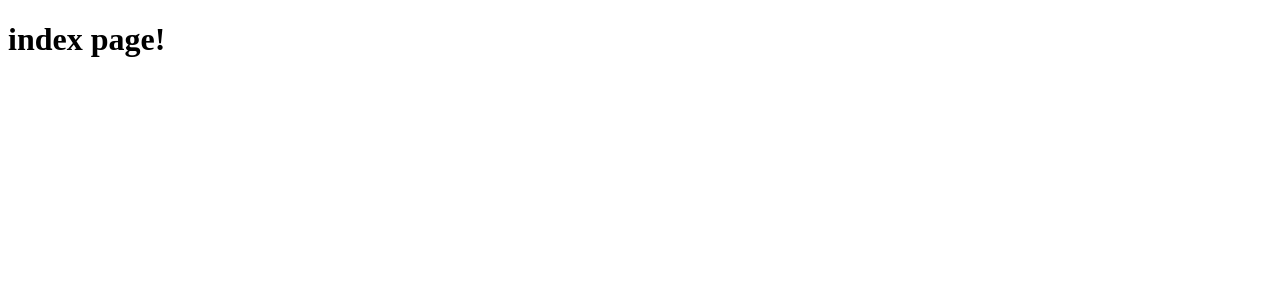
Repository: Kimsj112/servlet_study
Page: http://localhost/day02/
These files come from the project's save history. The page is drawn as it stood at one moment and after the next save; the edit follows.
The browser window is 1280 px wide. The pictures show the whole page.
The page is served by Tomcat 9.

Above is the page before, as saved 2024-03-27 00:21:26.

After the next save:
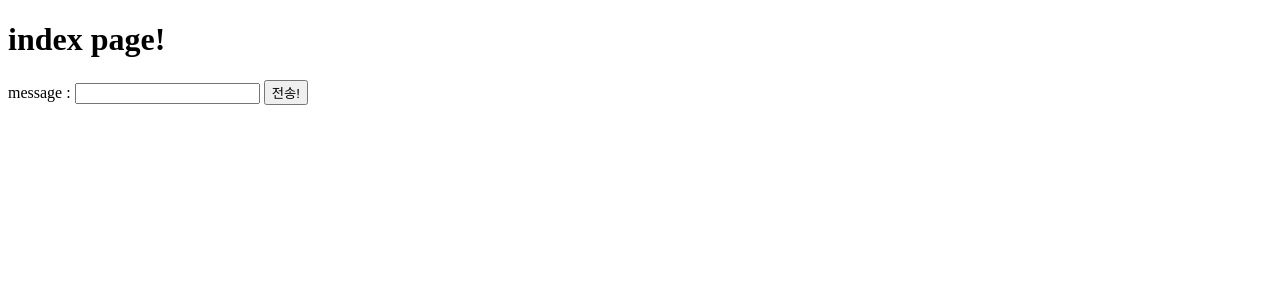
Saved 9 min 54 s later.
--- a/workspace/day02/src/main/webapp/index.jsp
+++ b/workspace/day02/src/main/webapp/index.jsp
@@ -8,5 +8,10 @@
 </head>
 <body>
  <h1>index page!</h1>
+
+ <form action="/day02/result" method="get">
+ message : <input type="text" name="msg">
+ <button>전송!</button>
+ </form>
 </body>
 </html>
